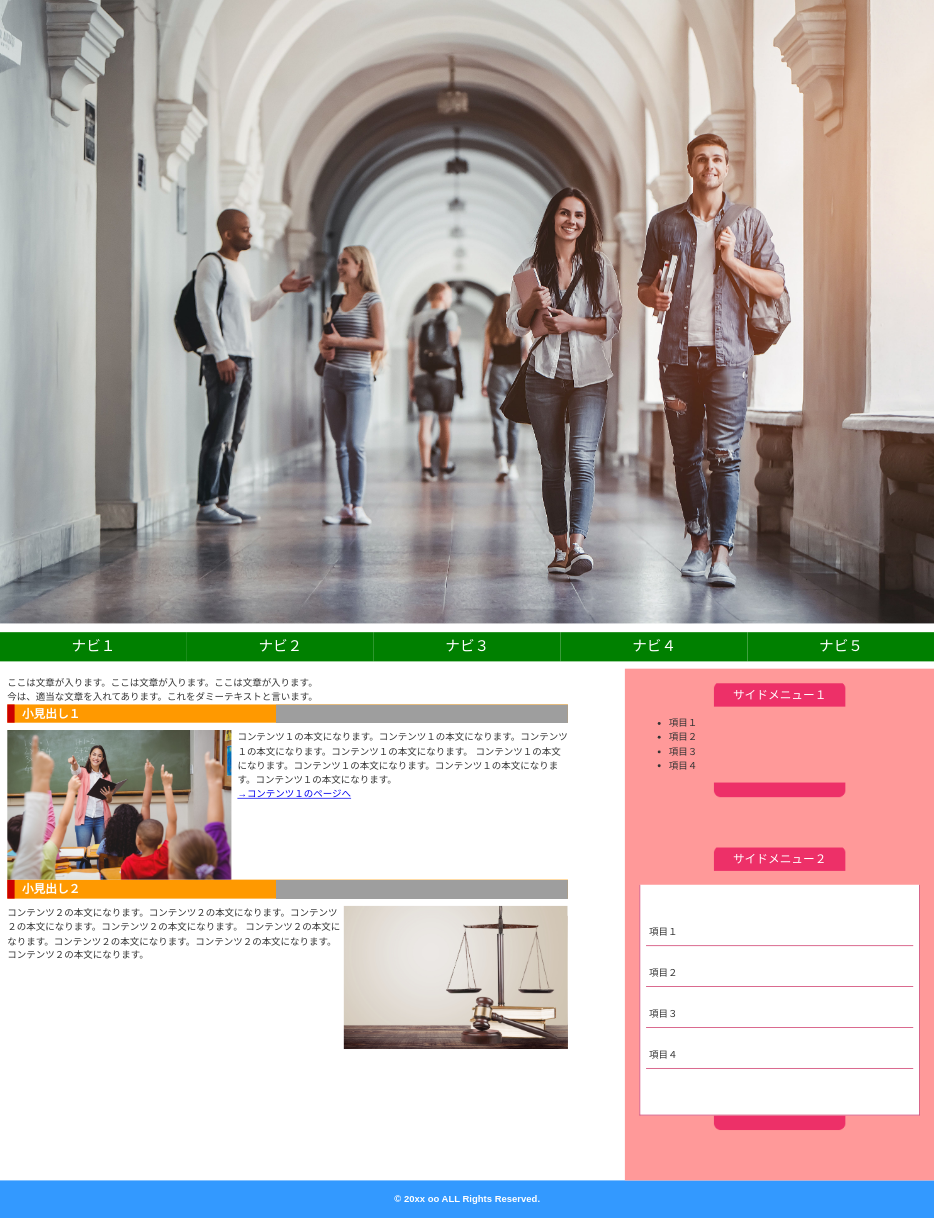
Repository: naoko0513/samurai_HTML-CSS
Page: home.html
The author's editor kept a record of every edit. The page is drawn from the files as they stood at one moment, then again after the next edit.
The browser window is 1280 px wide. The pictures show the whole page, at 73% of full size.
Pictures or frames that could not be fetched are drawn as grey boxes.

Above is the page before.

### home.html
<!DOCTYPE html>
<html lang="ia">
<head>
    <meta charset="UTF-8">
    <title>HTML/CSSの学習</title>
    <link rel="stylesheet"href="stylesheet.css">
</head>
 <body>
    <div id="header">
        <h1><a href="index.html"><img id="corridor" src="images/corridor.jpg" alt="大学の廊下"/></a></h1>
    </div>
  <div id="wrapper">
      <div id="nav">
          <ul>
              <li><a href="home.html">ナビ１</a></li>
              <li><a href="#">ナビ２</a></li>
              <li><a href="#">ナビ３</a></li>
              <li><a href="#">ナビ４</a></li>
              <li><a href="#">ナビ５</a></li>
          </ul>
      </div>
    </div>
        <div id="container">
         <div  id="main">
           <div class="post clearfix">
            <p>ここは文章が入ります。ここは文章が入ります。ここは文章が入ります。<br />今は、適当な文章を入れてあります。これをダミーテキストと言います。</p>
           </div>
          <div class="post clearfix">
            <h2>小見出し１</h2>
            <img class="left"src="images/classroom.jpg"alt="授業風景"/>
            <p>
                コンテンツ１の本文になります。コンテンツ１の本文になります。コンテンツ１の本文になります。コンテンツ１の本文になります。
                コンテンツ１の本文になります。コンテンツ１の本文になります。コンテンツ１の本文になります。コンテンツ１の本文になります。
            </p>
            <p><a href="#">→コンテンツ１のページへ</a></p>
          </div>
          <div class="post clearfix">
            <h2>小見出し２</h2>
            <img class="right" src="images/scale.jpg" alt="天秤"/>
            <p>
                コンテンツ２の本文になります。コンテンツ２の本文になります。コンテンツ２の本文になります。コンテンツ２の本文になります。
                コンテンツ２の本文になります。コンテンツ２の本文になります。コンテンツ２の本文になります。コンテンツ２の本文になります。
            </p>
          </div>
        </div>
    </div>
     <div id="side">
         <div class="box">
             <h2>サイドメニュー１</h2>
             <div class="boxBoddy">
                 <ul>
                     <li>項目１</li>
                     <li>項目２</li>
                     <li>項目３</li>
                     <li>項目４</li>
                 </ul>
             </div>
         </div>
     　<div class="box">
        　 <h2>サイドメニュー２</h2>
         　<div class="boxBody">
             　<ul>
                 　<li>項目１</li>
                 　<li>項目２</li>
                 　<li>項目３</li>
                 　<li>項目４</li>
             　</ul>
         　</div>
       </div>
     </div>
    <div id="footer">
        <p>&copy; 20xx oo ALL Rights Reserved.</p>
    </div>
 </body>
</html>

### stylesheet.css
@charset"utf-8";

body {

    margin: 0;
    padding: 0;
    font-family:"ヒラギノ角ゴ　Pro W3","Hiragino Kaku Gothic Pro","メイリオ",Meiryo,Osaka,"MS Pゴシック","MSPGothic",sans-serif;
    color: #333;
    font-size: 13px;
    line-height: 150%;
}

#wrapper {
    width: 100%;
    margin: auto;
    padding: 0px;
    border: 0px;
    background-color: #FFF;
    top: 10px;
    position: relative;
}


 #header {
 	width: 100%;
 }
 #header h1 {
 	 margin: 0;
	 padding: 0;
 }
 #corridor {
	 width: 100%;
	 height: auto;
 }

 #footer {
    clear: both;
    width: 100%;
    padding: 3px 0 3px 0;
    background: #39F;
    color: #FFF;
    font-weight: bold;
    text-align: center;
 }

 #nav {
     width: 100%;
 }

 #nav ul {
     margin: 0;
     padding: 0;
     list-style-type: none;
 }

 #nav ul li {
     float: left;
     width: 20%;
     text-align: center;
 }

 #nav ul li a {
     display: block;
     height: 20px;
     margin: 0;
     padding: 10px;
     color: #FFF;
     font-size: 20px;
     text-decoration: none;
     background-color: green;
 }

 #nav ul li a:hover {
     filter: drop-shadow(10px 10px 10px block);
 }

/*------------------container----------------*/
 #container{
     width: 100%;
     margin: auto ;
     padding: auto;
     padding-top:20px;
     clear: both;
 }
/*------------------main-------------------*/
#main{
    float: left;
    width: 60%;
    padding: 10px 30px 10px 10px;
}
#main h2{
    margin:0 0 10px 0;
    padding: 3px 10px 3px 10px;
    color: #FFF;
    font-size: 16px;
    border-left: solid 10px #C00;
    background: #F90 url(../images/main_h2.jpg)right top repeat-y;
}

#main p {
    margin: 0;
    padding: 0;
}
#main.post{
    margin: 0 0 30px 0;
}
#main.post img.right {
    margin: 0 0 0 8px;
}
#main .post img.left{
    margin: 0 8px 0 0;
}
.right {
    float: right;
    width: 40%;
    height: auto;
}
.left {
    float: left;
    width: 40%;
    height: auto;
}
/*------------------------clearfix-----------------------*/
.clearfix {
    zoom: 1;
}
.clearfix:after{
    content: "";
    display: block;
    clear: both;
}

/*------------------------side-------------------------*/
#side {
    float: right;
    width: 30%;
    padding: 20px;
    background-color: #F99;
}
#side .box {
    margin: 0 auto 30px auto;
    padding: 0 0 20px 0;
    background: url(images/side_box.png) bottom no-repeat;
}
#side .box h2{
    margin: 0;
    padding: 8px;
    text-align: center;
    color: #fff;
    font-size: 16px;
    line-height: 16px;
    font-weight: normal;
    background: url(images/side_box_h2.png)center no-repeat;
}
#side .box .boxBody {
    padding: 8px;
    border-right: solid 1px #C36;
    border-bottom: solid 1px #C36;
    border-left: solid 1px #C36;
    background: #fff;
}
#side .box .boxBody ul {
    margin: 0 0 16px 0;
    padding: 0;
}
#side .box .boxBody ul li {
    padding: 8px 0 8px 4px;
    list-style: none;
    border-bottom: solid 1px #C36;
}

#side .box .boxBody ul li:hover {
    padding:  8px 0 8px 4px;
    list-style: none;
    border-bottom: solid 1px #C36;
    box-shadow: 0px 4px 4px rgba(0,0,0,0.3);
}

After the next edit:
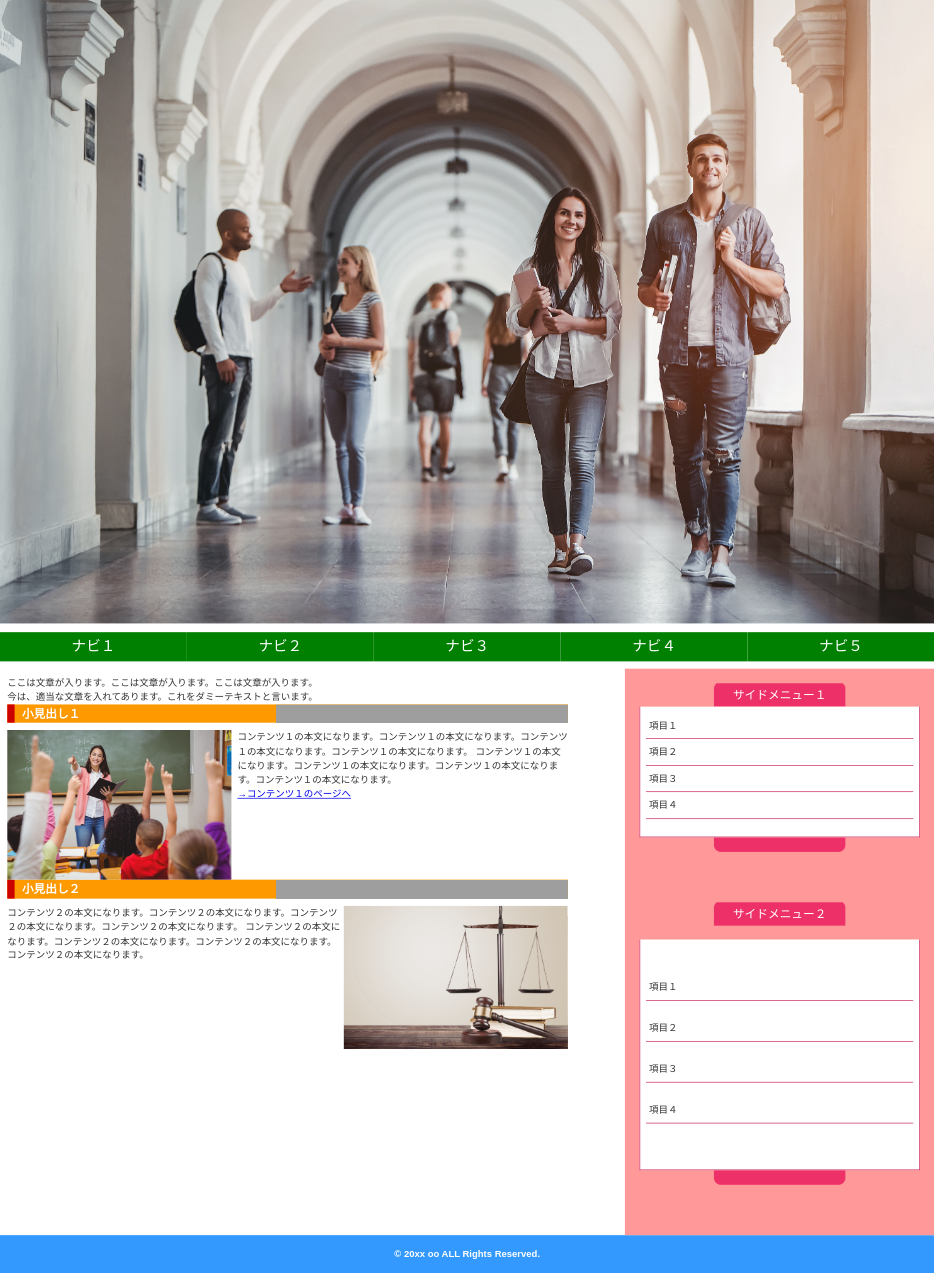
The edit:
--- a/home.html
+++ b/home.html
@@ -47,7 +47,7 @@
      <div id="side">
          <div class="box">
              <h2>サイドメニュー１</h2>
-             <div class="boxBoddy">
+             <div class="boxBody">
                  <ul>
                      <li>項目１</li>
                      <li>項目２</li>
